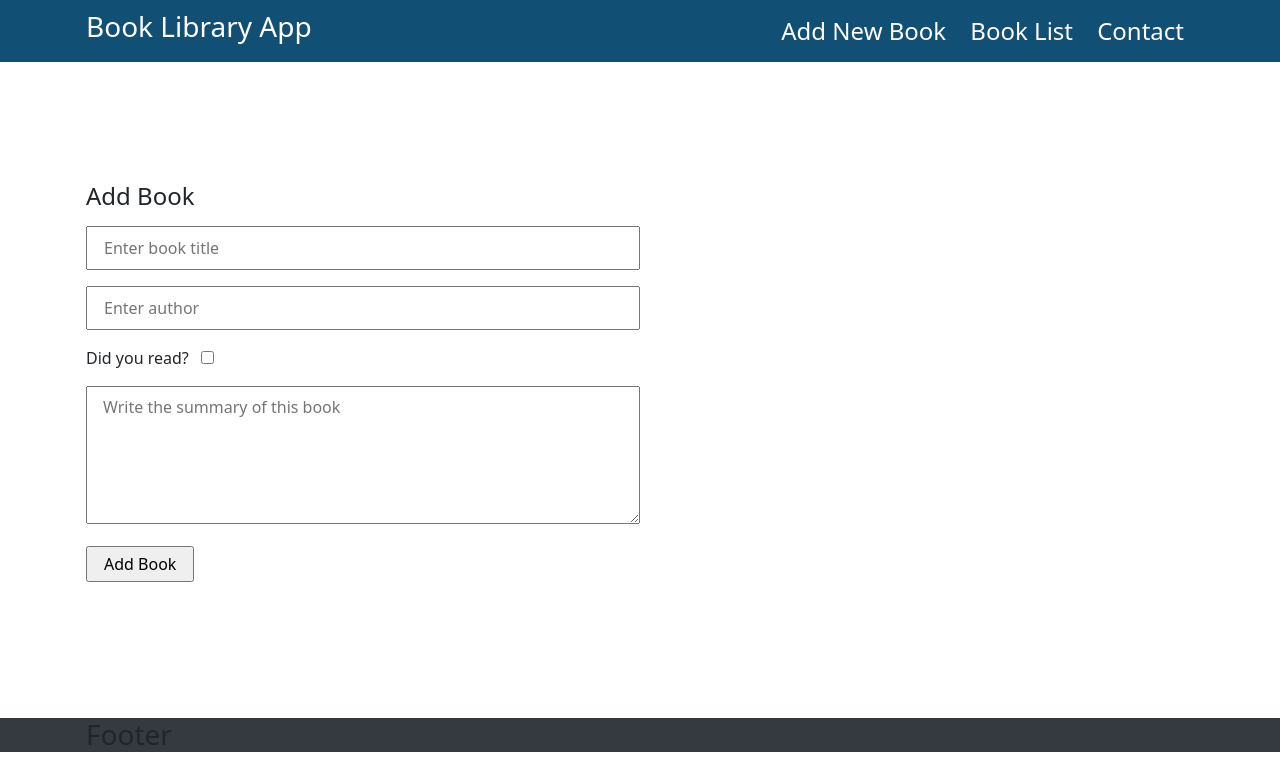
Repository: just-mann/booklibrary-app
Page: http://localhost/
An editor plug-in stored every save of this project. The page is shown before and after the next save, followed by the edit.
The browser window is 1280 px wide. The pictures show the whole page.
The page is served by the project's Node server (app.js).

Above is the page before, as saved 2021-06-06 03:48:17.

After the next save:
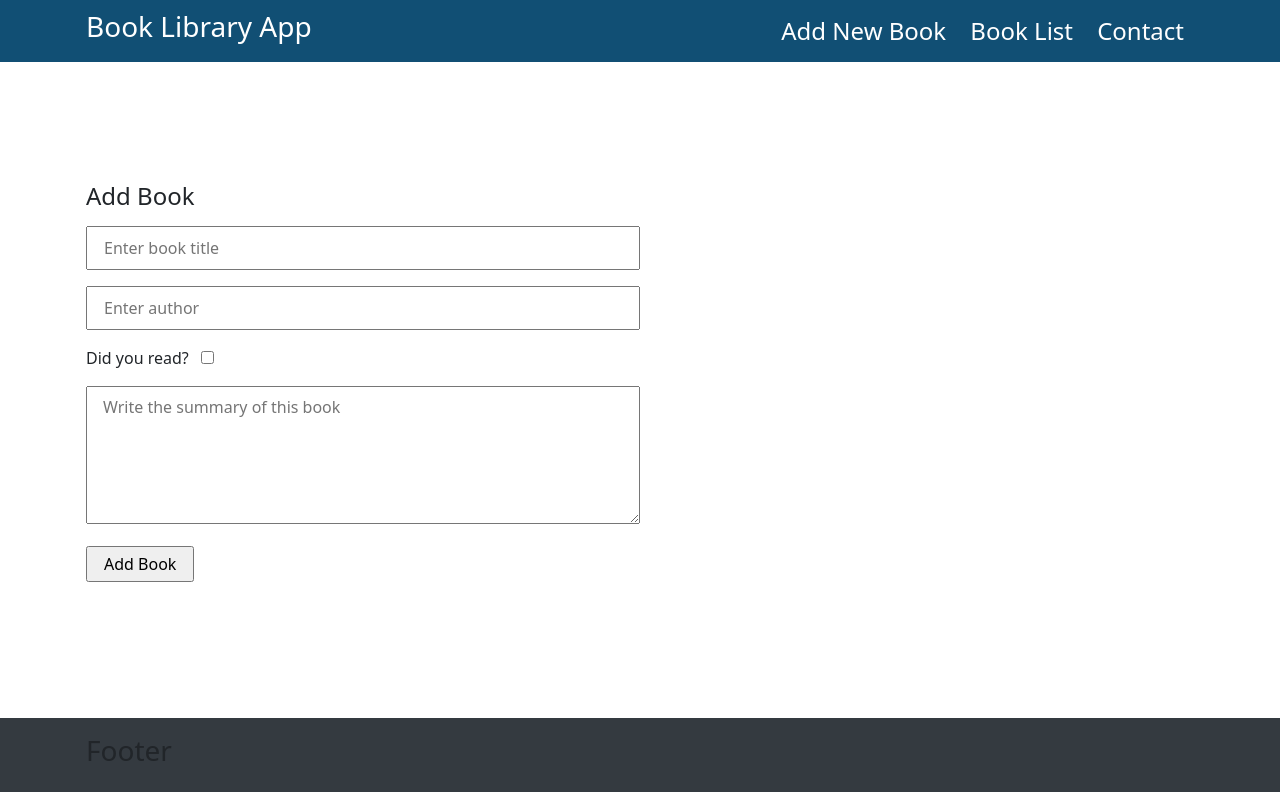
Saved 13 s later.
--- a/views/partials/Footer.ejs
+++ b/views/partials/Footer.ejs
@@ -1,4 +1,4 @@
-<footer class="bg-dark">
+<footer class="bg-dark p-3">
     <script src="https://ajax.googleapis.com/ajax/libs/jquery/3.5.1/jquery.min.js"></script>
     <script src="/script.js"></script>
     <div class="container">
